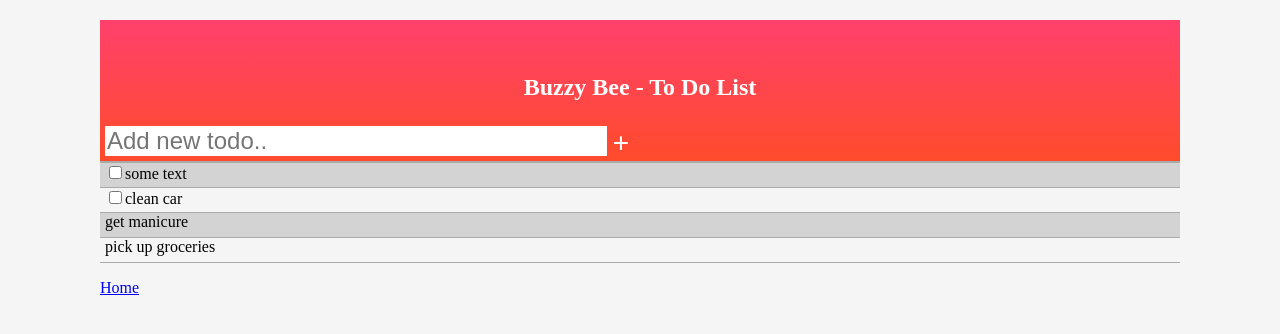
Repository: seleniadelgado/backend-spring2020-angie
Page: projects/todo/public_html/index.html
These files come from the project's save history. The page is drawn as it stood at one moment and after the next save; the edit follows.
The browser window is 1280 px wide. The pictures show the whole page.
The page's requests for data from a server got no answer.

Above is the page before, as saved 2020-05-12 21:51:42.

### projects/todo/public_html/index.html
<!DOCTYPE html>

<html lang="en">
    <head>
        <meta charset="utf-8">
        <title>Buzzy Bee - To Do List</title>
        <meta name="description" content="The HTML5 Herald">
        <meta name="author" content="SitePoint">
        <link rel="stylesheet" href="styles.css">
        <script
            src="https://code.jquery.com/jquery-3.5.0.min.js"
            integrity="sha256-xNzN2a4ltkB44Mc/Jz3pT4iU1cmeR0FkXs4pru/JxaQ="
            crossorigin="anonymous">
        </script>
</head>
<body>
    <div class="sectionTitle">
        <div class="appTitle">
            <h2>Buzzy Bee - To Do List</h2>
        </div>
        <div id="addNote">
            <input type="text" id="newNote" placeholder="Add new todo..">
            <button class="addBtn">+</button>
        </div>
    </div>

    <ul id="myList">
        <li><label><input type="checkbox"><span>some text</span></label></li>
        <li><label><input type="checkbox"><span>clean car</span></label></li>
        <li>get manicure</li>
        <li>pick up groceries</li>
    </ul>






















    <a href="http://localhost:3000/">Home</a>



    <script>
        $(document).ready(() => {
            let objectToSend = {
                note: "Do somethings",
                author: "Nick"
            }

            $.post("http://localhost:3000/newNote", objectToSend, (dataToGet) => {
                console.log(dataToGet);
            });
            $.post("http://localhost:3000/readNotes", {}, (dataToGet) => {
                let allNotesArray = dataToGet.notes;

                console.log(allNotesArray);
            })
        })

        //import the data from default user
        // make JSON into JS with parse.
        //with the list we want to populate our ul.
        //use jquery to access the dom, grab the string
        //loop over notes
        //add the note as an li to the ul
        //  Create li with jquery.
        //  target the ul with jquery and append the li.
        //note: $('<li></li>'')
        //      $('ul') -> a jquery list which holds the ul.
        //      get 1st element from the array

    </script>
</body>
</html>

### projects/todo/public_html/styles.css
:root {
    --main-color: linear-gradient(#FF416C, #FF4B2B);
    --background-color: whitesmoke;
}

html {
    background: var(--background-color);
    height: 100%;
}
* {
    box-sizing: border-box;
}
body {
    margin: 0px 100px 75px 100px;
}

.sectionTitle {
    background: var(--main-color);
    text-align: center;
    border-bottom: 2px solid darkgray;
    margin-top: 0%;
}

.appTitle h2 {
    color: white;
    padding-top: 5%;
}
#addNote {
    display: flex;
    align-items: flex-start;
    padding: 5px;
    height: 30px;
    width: 50%;
    margin-bottom: 10px;
    font-family: 'Gill Sans', 'Gill Sans MT', Calibri, 'Trebuchet MS', sans-serif;
}
.addBtn {
    margin-left: 0%;
    margin-bottom: 2%;
    font-size: 28px;
    color: white;
    border: none;
    background: none;
}
#newNote {
    border: none;
    width: 100%;
    height: 150%;
    font-size: 24px;
}

#myList li:nth-child(odd) {
    background: lightgray;
  }
#myList {
    list-style: none;
    padding: 0px;
    margin-top: 0px;
}

#myList li {
    cursor: pointer;
    height: 25px;
    border-bottom: 1px solid darkgray;
    background-color: whitesmoke;
    padding-left: 5px;
}

After the next save:
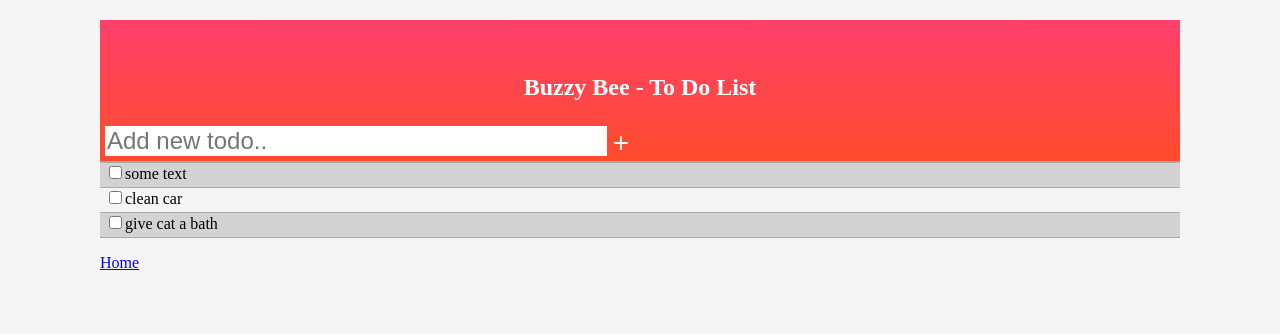
Saved 24 s later.
--- a/projects/todo/public_html/index.html
+++ b/projects/todo/public_html/index.html
@@ -27,8 +27,7 @@
     <ul id="myList">
         <li><label><input type="checkbox"><span>some text</span></label></li>
         <li><label><input type="checkbox"><span>clean car</span></label></li>
-        <li>get manicure</li>
-        <li>pick up groceries</li>
+        <li><label><input type="checkbox"><span>give cat a bath</span></label></li>
     </ul>
 
 
